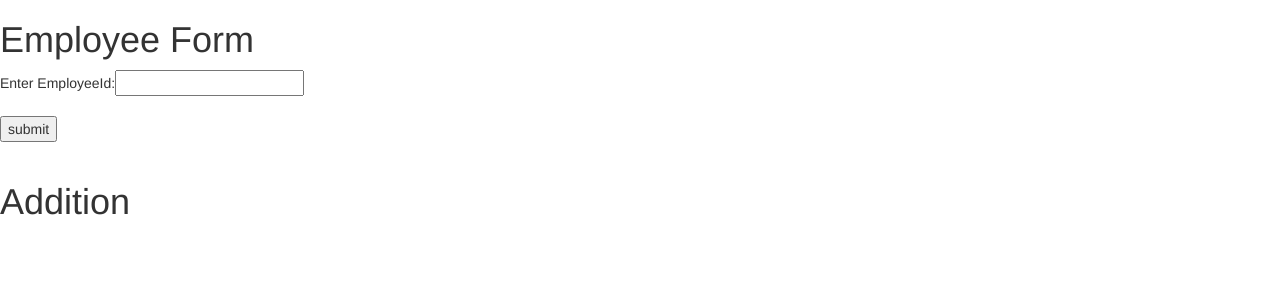
Repository: Mayank-yadav/All-Practise-Codes
Page: http://localhost/jspcrud/
The author's editor kept a copy of each file at every save. The page is drawn from the files as they stood at one save, then again after the next save.
The browser window is 1280 px wide. The pictures show the whole page.
Some web libraries are served in a nearby version. The page is served by Tomcat 9.

Above is the page before, as saved 2015-11-30 10:17:38.

After the next save:
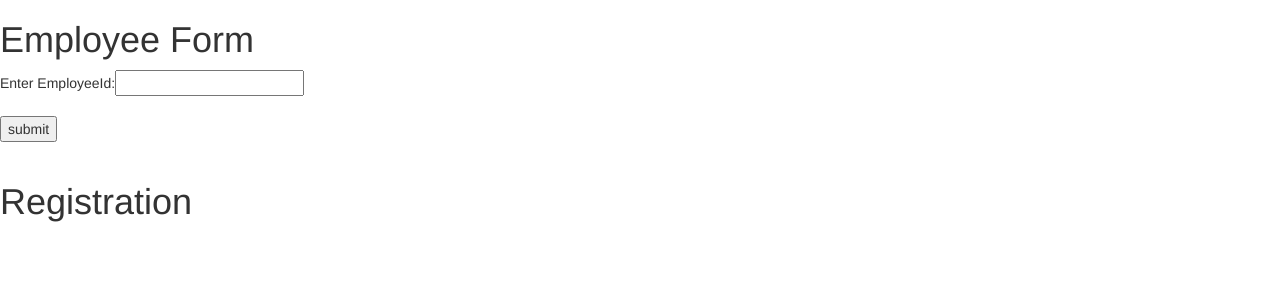
Saved 11 s later.
--- a/jsp_workspace/jspcrud/WebContent/index.jsp
+++ b/jsp_workspace/jspcrud/WebContent/index.jsp
@@ -16,7 +16,7 @@
 			<br /> <input type="submit" value="submit" />
 		</form>
 		<br/>
-	<h1>Addition</h1>
+	<h1>Registration</h1>
 
 
 </body>
